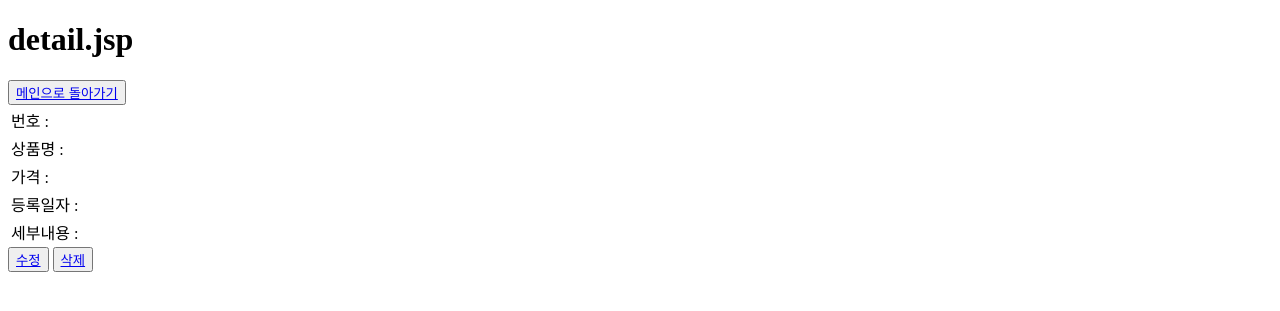
Repository: yangone8249/jsp_project
Page: http://localhost/jsp_study/detail.jsp
These files come from the project's save history. The page is drawn as it stood at one moment and after the next save; the edit follows.
The browser window is 1280 px wide. The pictures show the whole page.
The page is served by Tomcat 9. Other server files are loaded and not shown. The template is opened directly, without the code that normally fills it, so the values that code supplies are empty.

Above is the page before, as saved 2023-05-11 05:56:05.

### jsp_project1/jsp_study/src/main/webapp/detail.jsp
<%@ page language="java" contentType="text/html; charset=UTF-8"
    pageEncoding="UTF-8"%>
<!DOCTYPE html>
<html>
<head>
<meta charset="UTF-8">
<title>제품 상세 페이지</title>
</head>
<body>
	<h1>detail.jsp</h1>
		<button type="button"><a href="/index.jsp">메인으로 돌아가기</a></button>
	<table>
		<tr>
			<td>
				번호 : ${pvo.pno }
			</td>
		</tr>
		<tr>
			<td>
				상품명 : ${pvo.pname }
			</td>
		</tr>
		<tr>
			<td>
				가격 : ${pvo.price }
			</td>
		</tr>
		<tr>
			<td>
				등록일자 : ${pvo.regdate }
			</td>
		</tr>
		<tr>
			<td>
				세부내용 : ${pvo.madeby}
			</td>
		</tr>
	</table>
	<button type="button"><a href="/modify.pd">수정</a></button>
	<button type="button"><a href="/modify.pd">삭제</a></button>
</body>
</html>

After the next save:
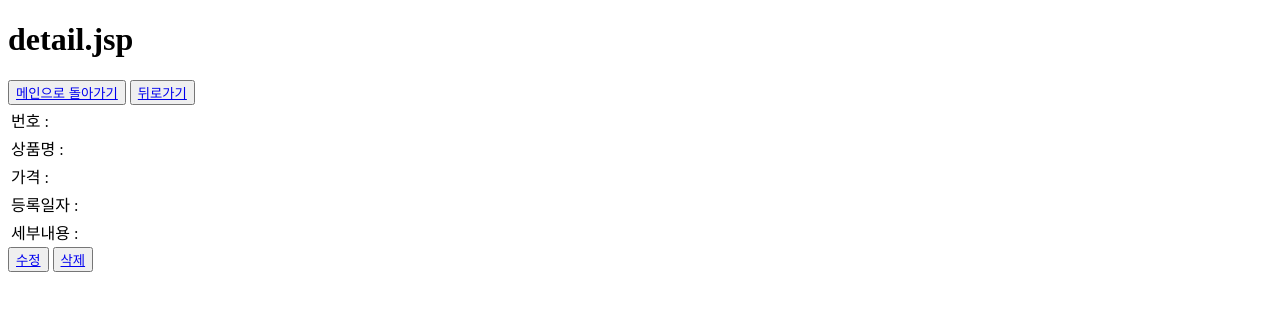
Saved 27 s later.
--- a/jsp_project1/jsp_study/src/main/webapp/detail.jsp
+++ b/jsp_project1/jsp_study/src/main/webapp/detail.jsp
@@ -9,6 +9,7 @@
 <body>
 	<h1>detail.jsp</h1>
 		<button type="button"><a href="/index.jsp">메인으로 돌아가기</a></button>
+				<button type="button"><a href="/index.jsp">뒤로가기</a></button>
 	<table>
 		<tr>
 			<td>

After the 2 saves that followed:
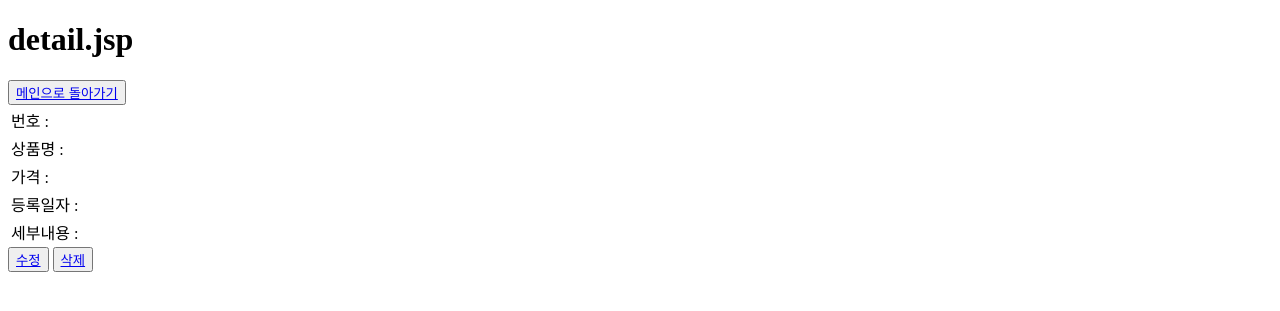
The 2 saves are shown as one change because 1 left the picture as it was.
The last was saved 32 s later.
--- a/jsp_project1/jsp_study/src/main/webapp/detail.jsp
+++ b/jsp_project1/jsp_study/src/main/webapp/detail.jsp
@@ -9,7 +9,7 @@
 <body>
 	<h1>detail.jsp</h1>
 		<button type="button"><a href="/index.jsp">메인으로 돌아가기</a></button>
-				<button type="button"><a href="/index.jsp">뒤로가기</a></button>
+
 	<table>
 		<tr>
 			<td>
